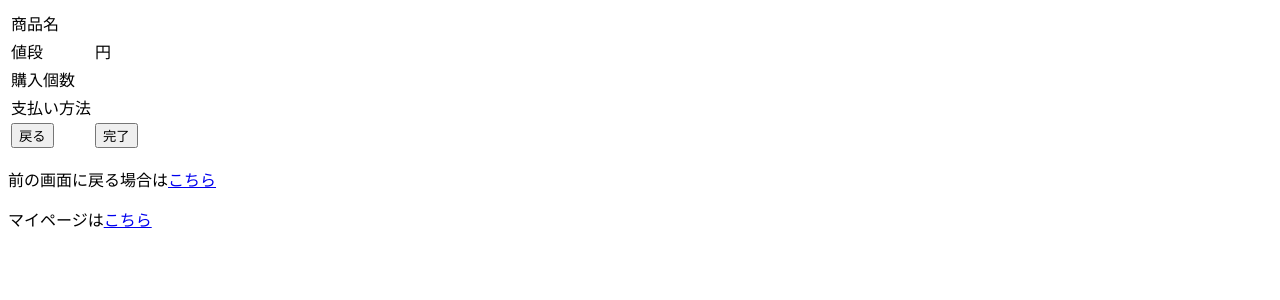
Repository: yuuukihara/test2
Page: http://localhost/myecsite2/buyItemConfirm.jsp
The author's editor kept a copy of each file at every save. The page is drawn from the files as they stood at one save, then again after the next save.
The browser window is 1280 px wide. The pictures show the whole page.
The page is served by Tomcat 9.

Above is the page before, as saved 2018-09-14 07:58:54.

After the next save:
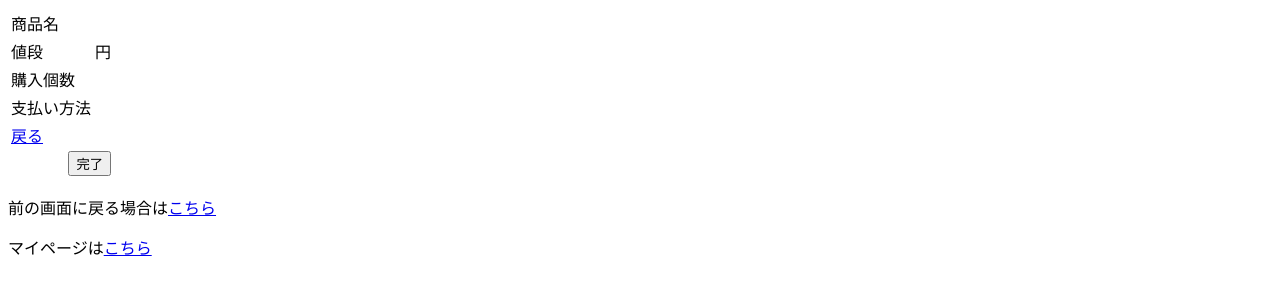
Saved 35 min 50 s later.
--- a/myecsite2/WebContent/buyItemConfirm.jsp
+++ b/myecsite2/WebContent/buyItemConfirm.jsp
@@ -33,8 +33,8 @@
 	</tr>
 
 	<tr>
-		<td><input type="button" value="戻る" onclick="submitAction('HomeAction')"/></td>
-		<td><input type="button" value="完了" onclick="submitAction('BuyItemConfirmAction')"/></td>
+		<td><a href='<s:url action="HomeAction"/>'>戻る</a></td>
+		<td><s:submit value="完了"/></td>
 	</tr>
 
 
